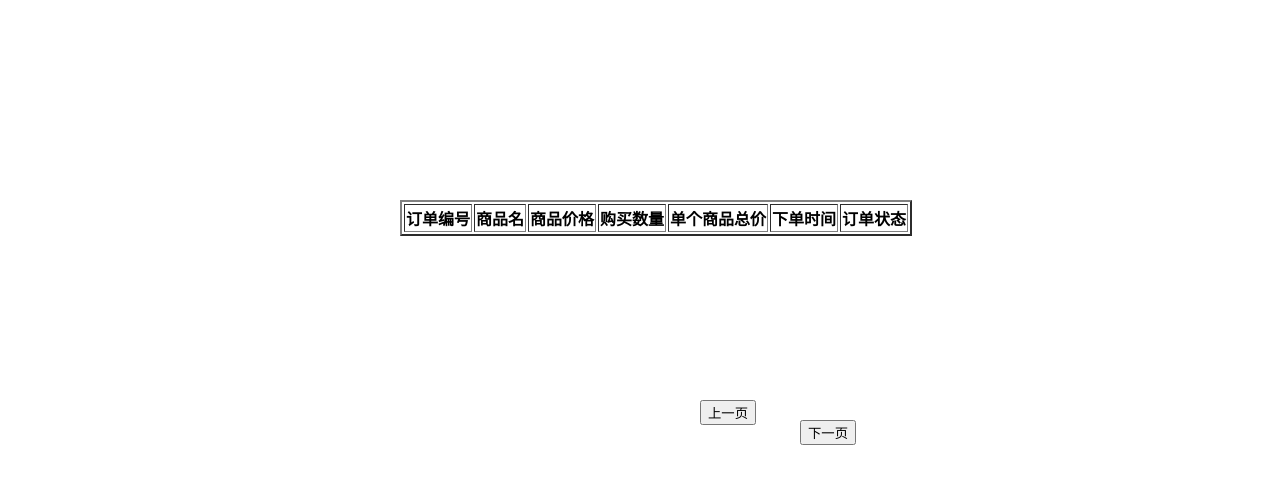
Repository: Gale-student/Gale-student.github.io
Page: http://localhost/weshop/OrdersDetailQueryAllServlet
These files come from the project's save history. The page is drawn as it stood at one moment and after the next save; the edit follows.
The browser window is 1280 px wide. The pictures show the whole page.
The page is served by Tomcat 9. Queries for data that is not in the repository find no rows.

Above is the page before, as saved 2022-10-04 09:01:49.

After the next save:
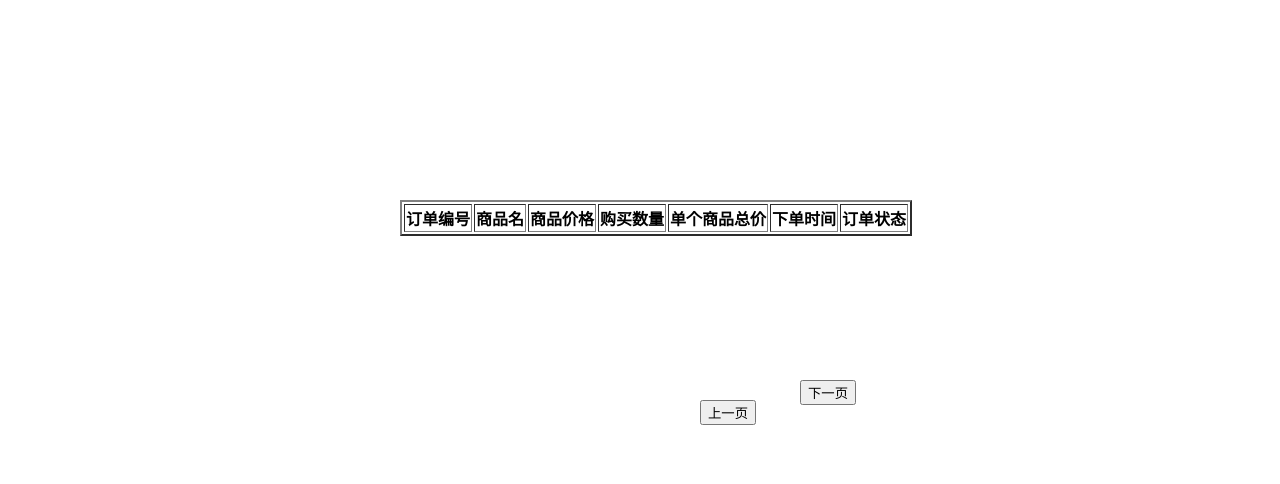
Saved 11 s later.
--- a/WeShop/weshop/WebRoot/WEB-INF/jsp/OrdersQueryOfUser.jsp
+++ b/WeShop/weshop/WebRoot/WEB-INF/jsp/OrdersQueryOfUser.jsp
@@ -52,7 +52,7 @@ String basePath = request.getScheme()+"://"+request.getServerName()+":"+request.
     <form action="" method="post">
        <input type="submit" value="上一页">
     </form>
-    <form style="position: absolute; top: 20px; left: 100px;" action="" method="post">
+    <form style="position: absolute; top: -20px; left: 100px;" action="" method="post">
        <input type="submit" value="下一页">
     </form>
     </div>
